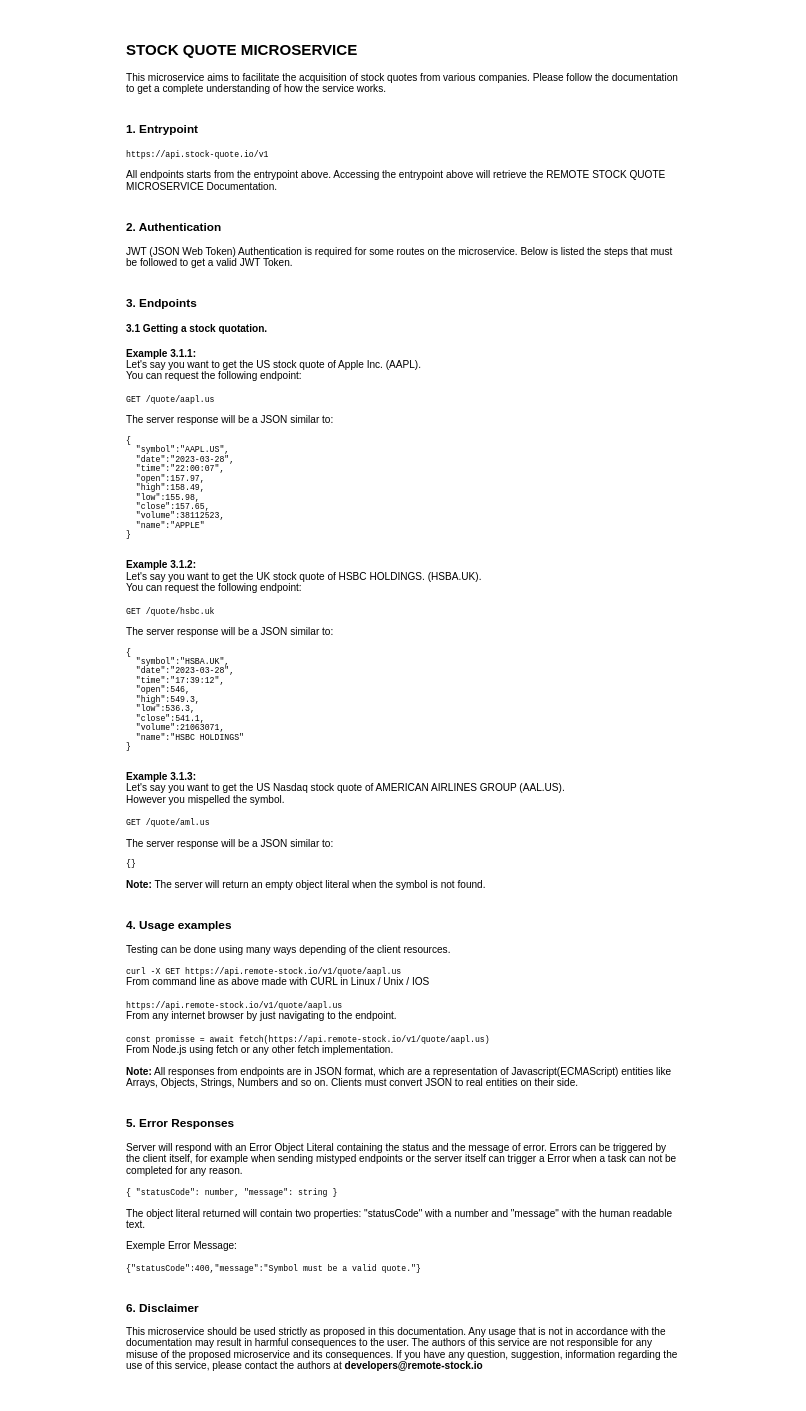
Repository: miguelamello/nest-js
Page: stock-service/documentation.html
An editor plug-in stored every save of this project. The page is shown before and after a run of saves, followed by the edit.
The browser window is 1280 px wide. The pictures show the whole page, at 63% of full size.

Above is the page before, as saved 2023-04-01 15:32:56.

### stock-service/documentation.html
<!DOCTYPE html>
<html lang="en">
<head>
  <meta charset="UTF-8">
  <meta http-equiv="X-UA-Compatible" content="IE=edge">
  <meta name="viewport" content="width=device-width, initial-scale=1.0">
  <title>STOCK QUOTE MICROSERVICE</title>
  <style>
    body {
      font-family: Arial, Helvetica, sans-serif;
      padding: 3% 15%;
    }
    h3 {
      margin-top: 5%;
    }
    pre {
      margin: 0;
    }
  </style>
</head>
<body>
  <h2>STOCK QUOTE MICROSERVICE</h2>
  <p>
    This microservice aims to facilitate the acquisition of stock quotes from various companies.
    Please follow the documentation to get a complete understanding of how the service works.
  </p>

  <h3>1. Entrypoint</h3>
  <code>https://api.stock-quote.io/v1</code>
  <p>
    All endpoints starts from the entrypoint above. Accessing the entrypoint
    above will retrieve the REMOTE STOCK QUOTE MICROSERVICE Documentation.
  </p>

  <h3>2. Authentication</h3>
  <p>JWT (JSON Web Token) Authentication is required for some routes on the microservice.
    Below is listed the steps that must be followed to get a valid JWT Token.</p>

  <h3>3. Endpoints</h3>

  <h4>3.1 Getting a stock quotation.</h4>

  <p>
    <div><b>Example 3.1.1:</b></div>
    <div>Let's say you want to get the US stock quote of Apple Inc. (AAPL).</div>
    <div>You can request the following endpoint:</div><br>
    <code>GET /quote/aapl.us</code>

    <p>The server response will be a JSON similar to:</p>

    <pre>
{
  "symbol":"AAPL.US",
  "date":"2023-03-28",
  "time":"22:00:07",
  "open":157.97,
  "high":158.49,
  "low":155.98,
  "close":157.65,
  "volume":38112523,
  "name":"APPLE"
}
    </pre>
  </p>
  <p>
    <div><b>Example 3.1.2:</b></div>
    <div>Let's say you want to get the UK stock quote of HSBC HOLDINGS. (HSBA.UK).</div>
    <div>You can request the following endpoint:</div><br>
    <code>GET /quote/hsbc.uk</code>

    <p>The server response will be a JSON similar to:</p>

    <pre>
{
  "symbol":"HSBA.UK",
  "date":"2023-03-28",
  "time":"17:39:12",
  "open":546,
  "high":549.3,
  "low":536.3,
  "close":541.1,
  "volume":21063071,
  "name":"HSBC HOLDINGS"
}
    </pre>
  </p>

  <p>
    <div><b>Example 3.1.3:</b></div>
    <div>Let's say you want to get the US Nasdaq stock quote of AMERICAN AIRLINES GROUP (AAL.US).</div>
    <div>However you mispelled the symbol.</div><br>
    <code>GET /quote/aml.us</code>

    <p>The server response will be a JSON similar to:</p>

    <pre>{}</pre>

    <p>
      <b>Note:</b> The server will return an empty object literal when the symbol is not found.
    </p>
  </p>

  <h3>4. Usage examples</h3>

  <p>Testing can be done using many ways depending of the client resources.</p>

  <code>curl -X GET https://api.remote-stock.io/v1/quote/aapl.us</code>
  <div>From command line as above made with CURL in Linux / Unix / IOS</div>
  <br>
  <code>https://api.remote-stock.io/v1/quote/aapl.us</code>
  <div>From any internet browser by just navigating to the endpoint.</div>
  <br>
  <code>const promisse = await fetch(https://api.remote-stock.io/v1/quote/aapl.us)</code>
  <div>From Node.js using fetch or any other fetch implementation.</div>

  <p>
    <b>Note:</b> All responses from endpoints are in JSON format, which are a
    representation of Javascript(ECMAScript) entities like Arrays, Objects,
    Strings, Numbers and so on. Clients must convert JSON to real entities
    on their side.
  </p>

  <h3>5. Error Responses</h3>

  <p>
    Server will respond with an Error Object Literal containing
    the status and the message of error. Errors can be triggered
    by the client itself, for example when sending mistyped endpoints
    or the server itself can trigger a Error when a
    task can not be completed for any reason.
  </p>

  <p>
    <code>{ "statusCode": number, "message": string }</code><br>
    <div>
      The object literal returned will contain two properties:
      "statusCode" with a number and "message" with the human readable text.
    </div>
  </p>

  <p>Exemple Error Message:</p>
  <p>
    <code>
      {"statusCode":400,"message":"Symbol must be a valid quote."}
    </code>
  </p>

  <h3>6. Disclaimer</h3>
  <p>
    This microservice should be used strictly as proposed in this documentation.
    Any usage that is not in accordance with the documentation may result in harmful
    consequences to the user. The authors of this service are not responsible for
    any misuse of the proposed microservice and its consequences. If you have any question,
    suggestion, information regarding the use of this service, please contact
    the authors at <b>developers@remote-stock.io</b>
  </p>

</body>
</html>

After the next 3 saves:
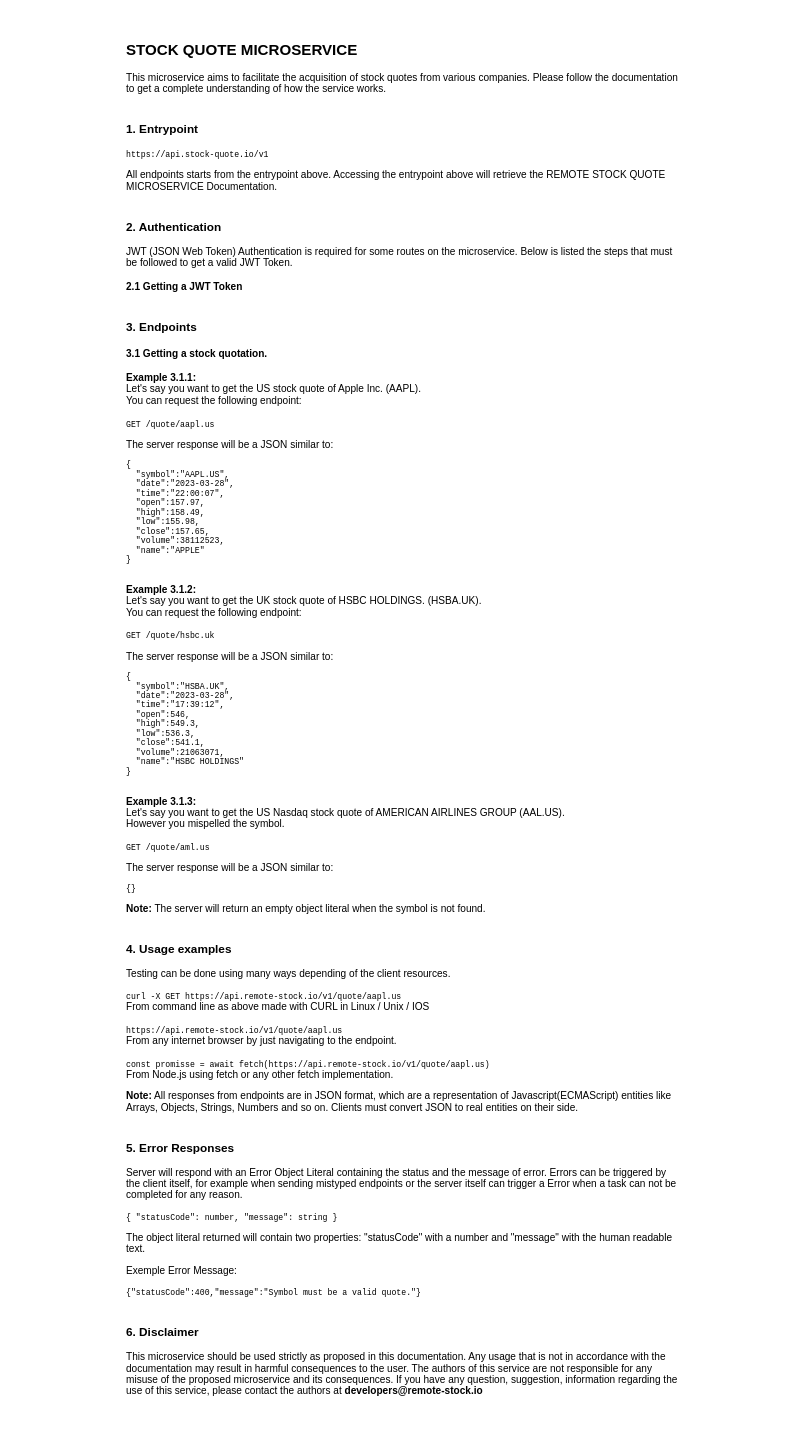
The 3 saves are shown as one change because they came seconds apart.
The last was saved 11 s later.
--- a/stock-service/documentation.html
+++ b/stock-service/documentation.html
@@ -35,6 +35,8 @@
   <h3>2. Authentication</h3>
   <p>JWT (JSON Web Token) Authentication is required for some routes on the microservice.
     Below is listed the steps that must be followed to get a valid JWT Token.</p>
+
+  <h4>2.1 Getting a JWT Token</h4>
 
   <h3>3. Endpoints</h3>
 
